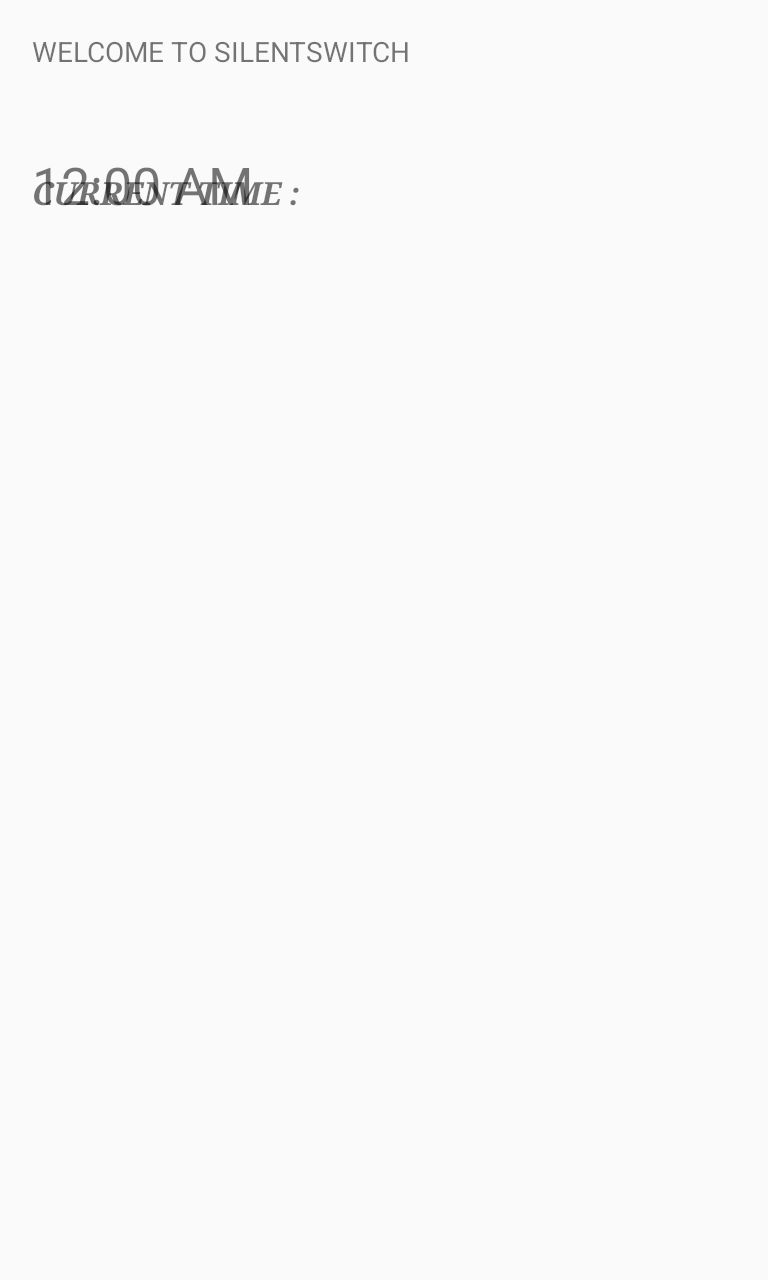
Repository: karakor/SilentSwitch2
Layout: SilentSwitch/res/layout/activity_alarm.xml
An editor plug-in stored every save of this project. The layout is shown before and after the next save, followed by the edit.
It is drawn on a 768 x 1280 px phone screen (xhdpi) without system bars, with theme AppTheme; the app's code is not run.

Above is the layout before, as saved 2015-03-02 10:56:17.

After the next save:
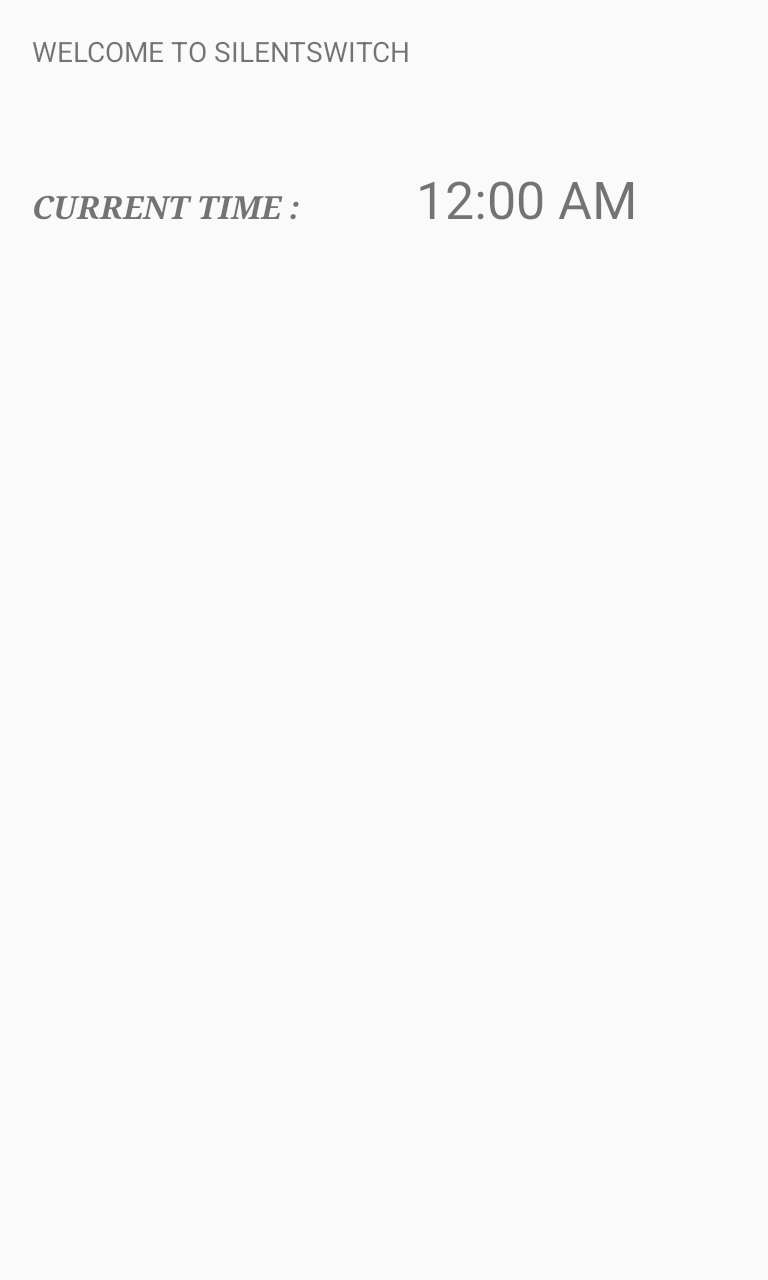
Saved 36 s later.
--- a/SilentSwitch/res/layout/activity_alarm.xml
+++ b/SilentSwitch/res/layout/activity_alarm.xml
@@ -31,9 +31,10 @@
         android:id="@+id/digitalClock1"
         android:layout_width="wrap_content"
         android:layout_height="wrap_content"
-        android:layout_alignParentRight="false"
+        android:layout_alignParentRight="true"
         android:layout_below="@+id/textView1"
-        android:layout_marginTop="40dp"
+        android:textSelectHandle="centre"
+        android:layout_marginTop="47dp"
         android:digits="8"
         android:text="@string/digital_clc"
         android:textSize="26sp"
